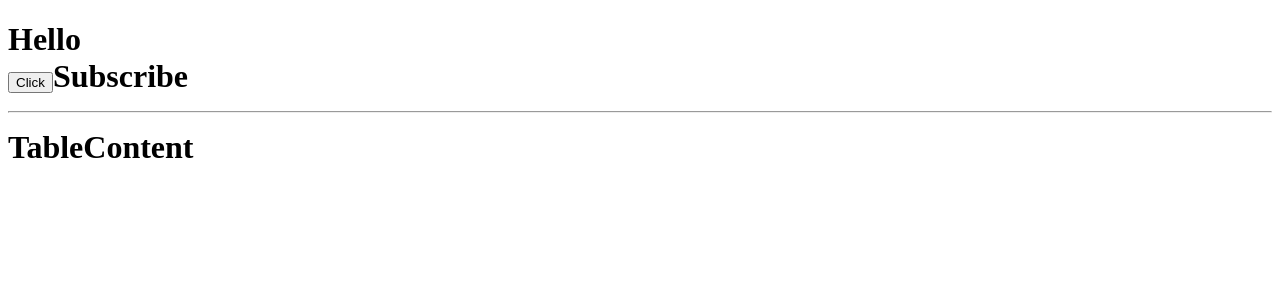
Repository: supakorn5039-boon/React-s
Page: /
These files come from the project's save history. The page is drawn as it stood at one moment and after the next save; the edit follows.
The browser window is 1280 px wide. The pictures show the whole page.
The project was rebuilt for these pictures with package versions that can differ from the ones it lists, and the page was loaded fresh each time. Also part of the build but not shown: vite.config.js.

Above is the page before, as saved 2024-01-09 08:43:51.

After the next save:
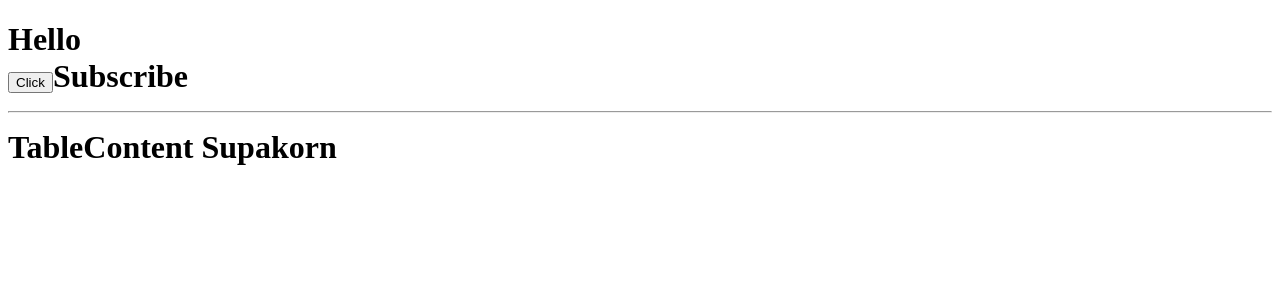
Saved 6 s later.
--- a/src/components/TableContent.jsx
+++ b/src/components/TableContent.jsx
@@ -1,3 +1,3 @@
-export default function TableContent({ data}) {
-  return <div>TableContent</div>;
+export default function TableContent({ data }) {
+  return <div>TableContent {data}</div>;
 }
